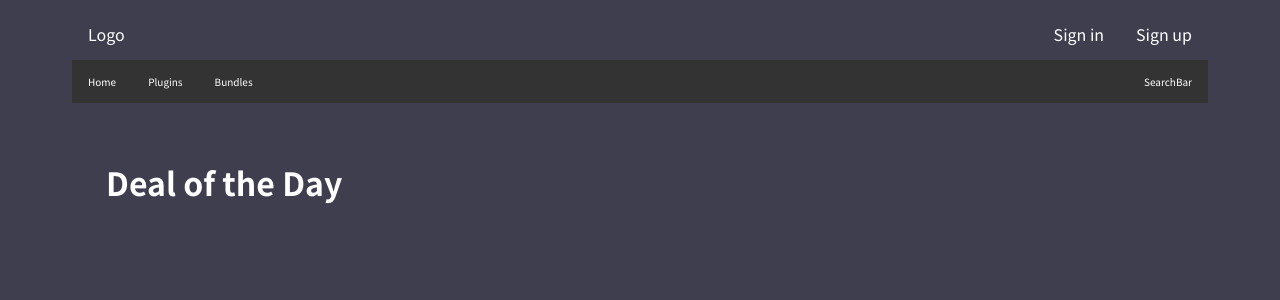
Repository: jigom11791/Wavez
Page: Wavez/Waves-Site/index.html
An editor plug-in stored every save of this project. The page is shown before and after the next save, followed by the edit.
The browser window is 1280 px wide. The pictures show the whole page.

Above is the page before, as saved 2020-10-30 18:19:28.

### Wavez/Waves-Site/index.html
<!DOCTYPE html>
<html>
<head>
    <title>Waves Price Tracker</title>
    <link rel="stylesheet" href="style.css">
</head>
<body>
    <ul class="header">
        <li><a href="#">Logo</a></li>
        <li class="right"><a href="#">Sign up</a></li>
        <li class="right"><a href="#">Sign in</a></li>
    </ul>

    <ul class="topnav">
        <li><a class="active" href="#">Home</a></li>
        <li><a href="#">Plugins</a></li>
        <li><a href="#">Bundles</a></li>
        <li class="right"><a href="#">SearchBar</a></li>
    </ul>
    <div id="content">
        <h1>Deal of the Day</h1>
    </div>
</body>
</html>

### Wavez/Waves-Site/style.css
@import url('https://fonts.googleapis.com/css2?family=Noto+Sans&family=Noto+Sans+JP&display=swap');
@import url('https://fonts.googleapis.com/css2?family=Noto+Sans&display=swap');

body {
    background-color: #3e3e4f;
    color: white;
    font-family: "Noto sans JP", sans-serif;
    padding: 0% 5%;
}

ul.topnav, ul.header{
    list-style-type: none;
    margin: 0;
    padding: 0;
    overflow: hidden;
    width: 100%;
}
ul.topnav {
    background-color: #333;
    font-size: 10px;
}
ul.topnav li, ul.header li{
    float: left;
}
ul.topnav li.right, ul.header li.right{
    float: right;
}
ul.topnav li a, ul.header li a {
    display: block;
    color: white;
    text-align: center;
    padding: 14px 16px;
    text-decoration: none;
}
ul.topnav li a:hover{
    background-color: #111;
}
#content {
    padding: 3%;
}

After the next save:
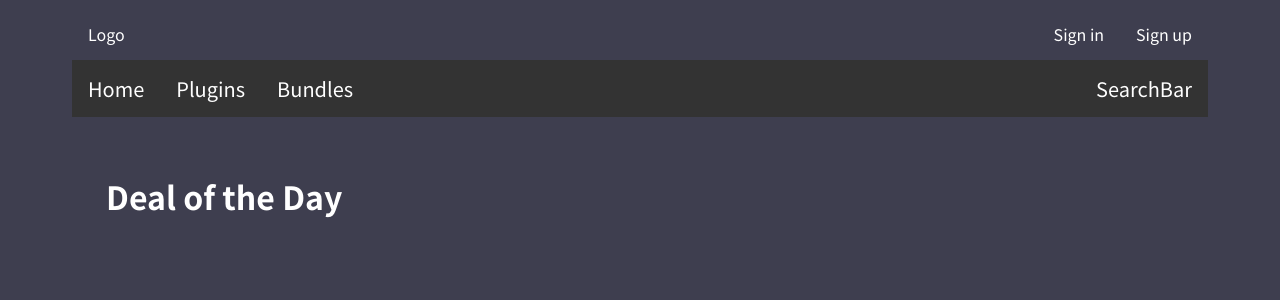
Saved 11 s later.
--- a/Wavez/Waves-Site/style.css
+++ b/Wavez/Waves-Site/style.css
@@ -17,7 +17,7 @@ ul.topnav, ul.header{
 }
 ul.topnav {
     background-color: #333;
-    font-size: 10px;
+    font-size: 20px;
 }
 ul.topnav li, ul.header li{
     float: left;
